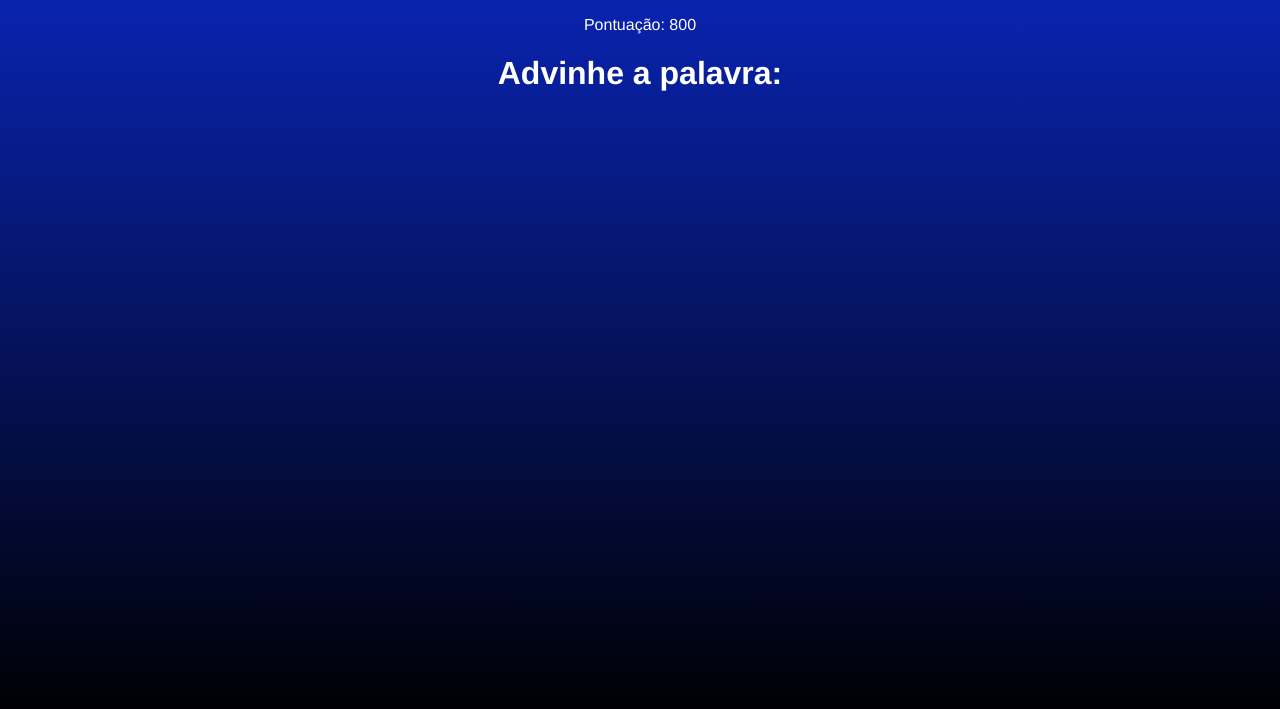
Repository: willamesalmeida/SecretWord
Page: /, after clicking the first element matching `button`
The author's editor kept a copy of each file at every save. The page is drawn from the files as they stood at one save, then again after the next save.
The browser window is 1280 px wide. The pictures show the whole page.
The project was rebuilt for these pictures with package versions that can differ from the ones it lists, and the page was loaded fresh each time. Also part of the build but not shown: src/Global.css, src/components/StartScreen.css, src/components/Game.css, src/components/GameOver.js.

Above is the page before, as saved 2022-10-03 16:48:58.

After the next save:
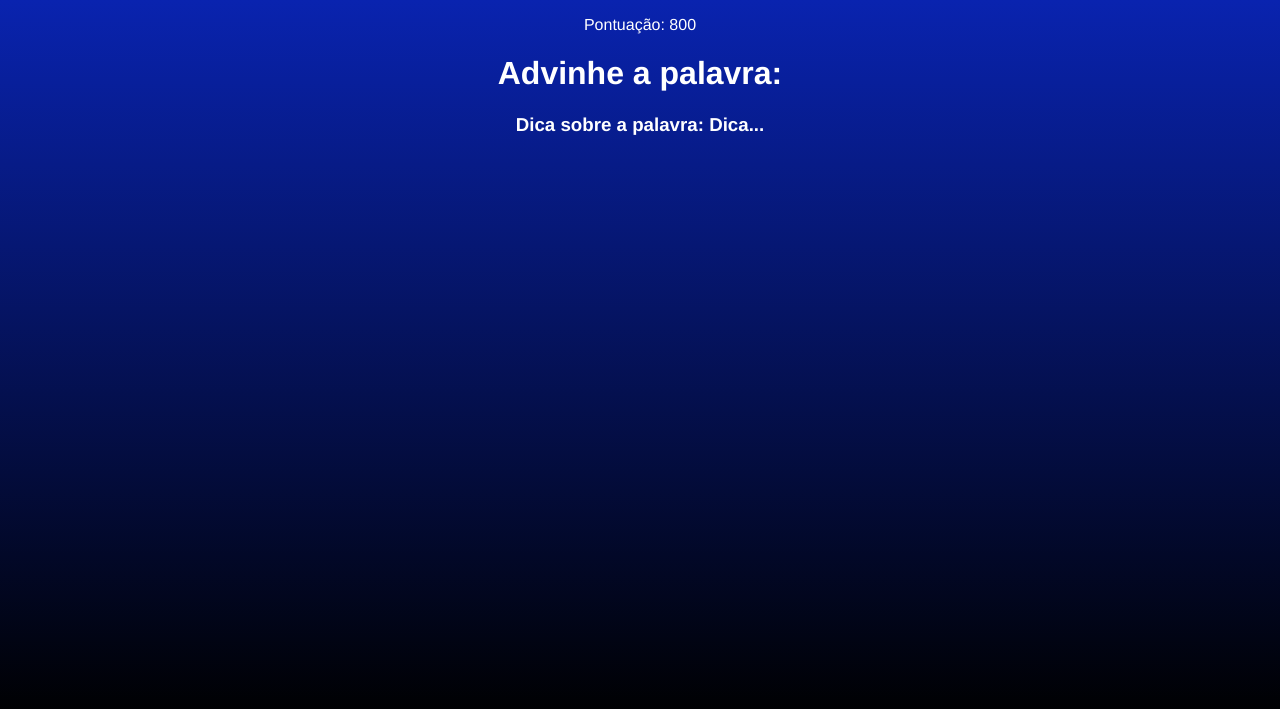
Saved 68 s later.
--- a/src/components/Game.js
+++ b/src/components/Game.js
@@ -7,6 +7,9 @@ const Game = ({verifyLetter}) => {
     <span>Pontuação: 800</span>
   </p>
   <h1>Advinhe a palavra:</h1>
+  <h3 className="tip">
+    Dica sobre a palavra: <span>Dica...</span>
+  </h3>
 </div>
   );
 };
